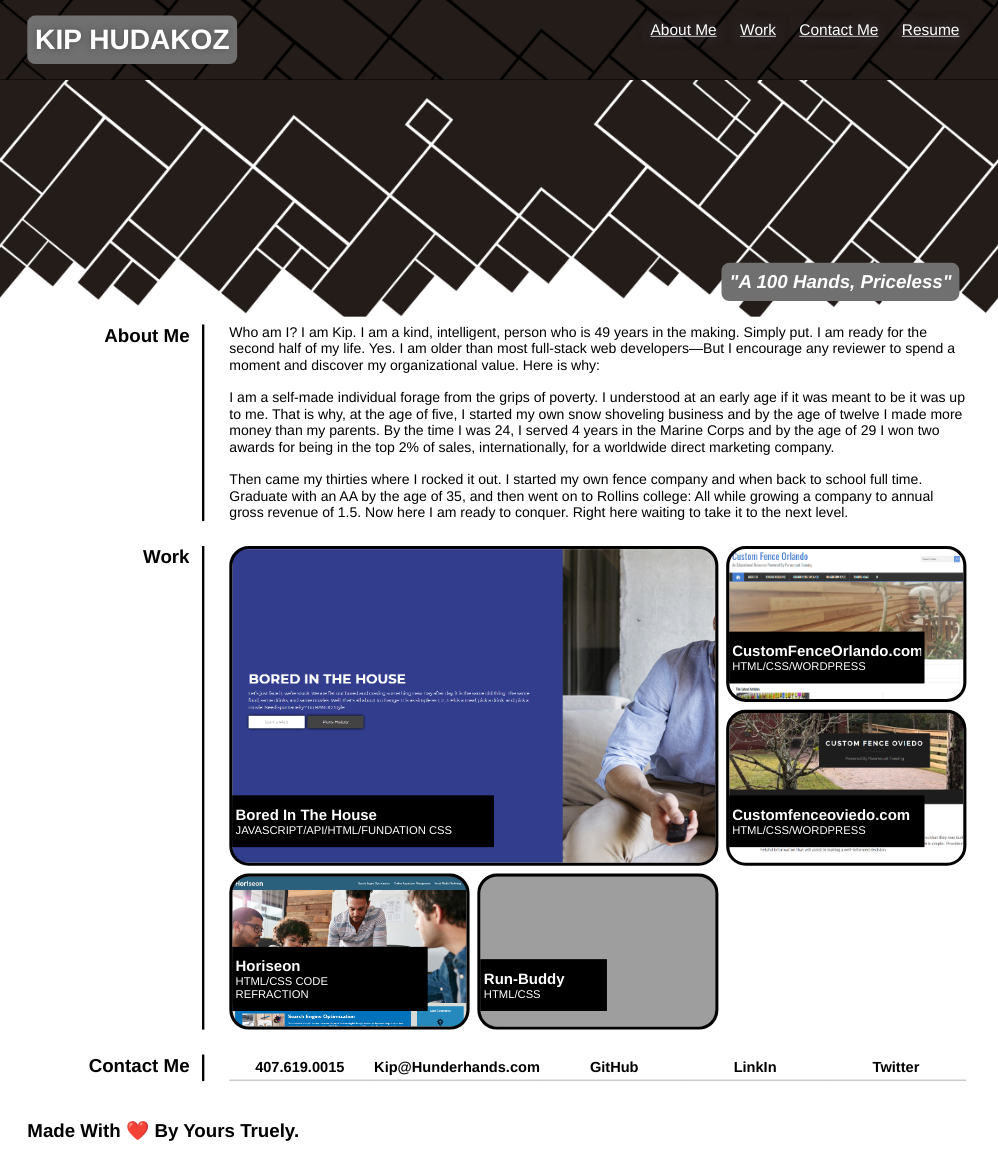
Repository: KHudaKoz/myportfolio
Page: index.html
An editor plug-in stored every save of this project. The page is shown before and after the next save, followed by the edit.
The browser window is 1280 px wide. The pictures show the whole page, at 78% of full size.
Pictures or frames that could not be fetched are drawn as grey boxes. Backgrounds fixed to the window are drawn as part of the page.

Above is the page before, as saved 2021-02-13 20:31:10.

After the next save:
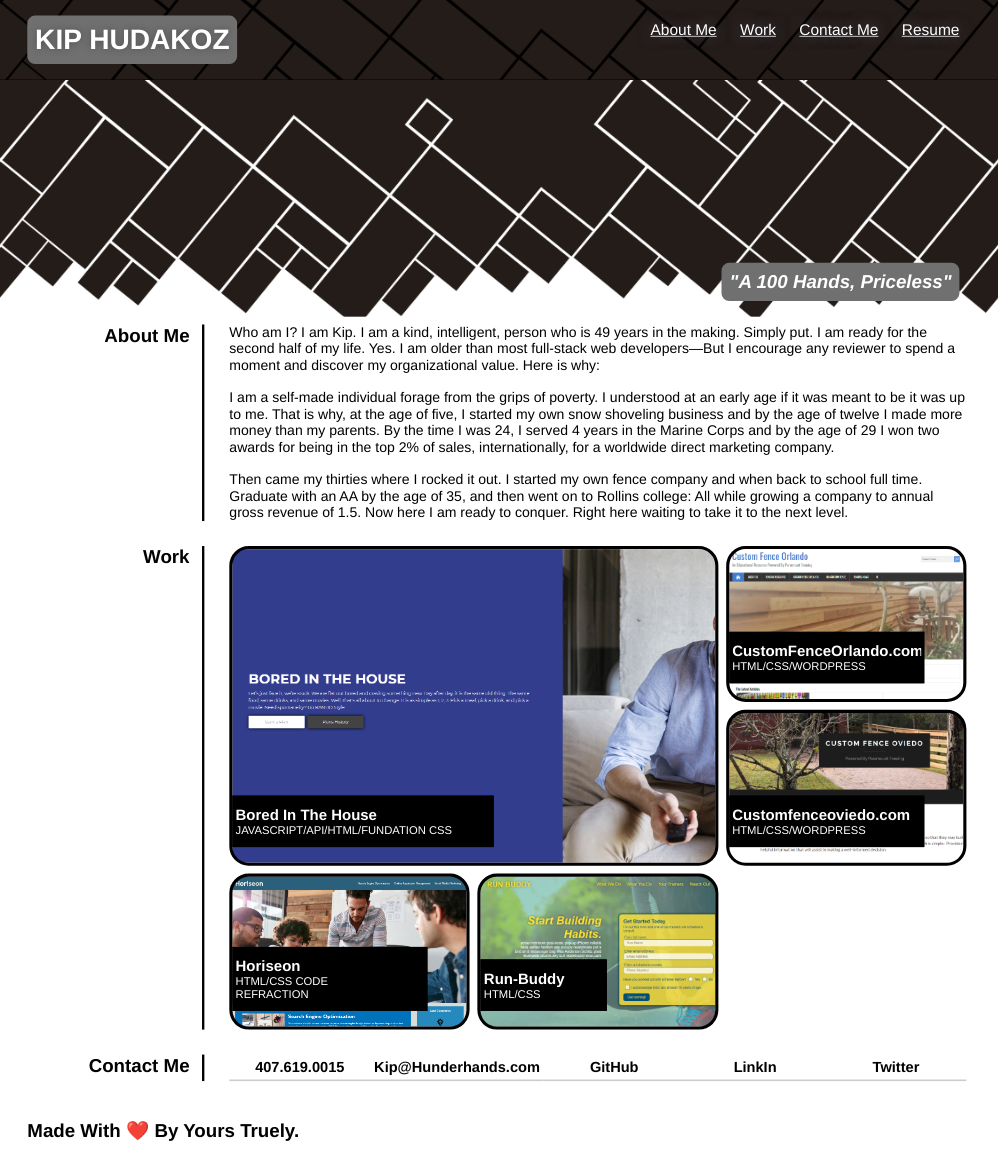
Saved 5 s later.
--- a/assets/css/style.css
+++ b/assets/css/style.css
@@ -248,7 +248,7 @@ color: var(--secondary-color);
   }
 
 .nested-item-5 {
-  background-image: url("../images/r");
+  background-image: url("../images/run.png");
   background-size: cover;
   }
 
